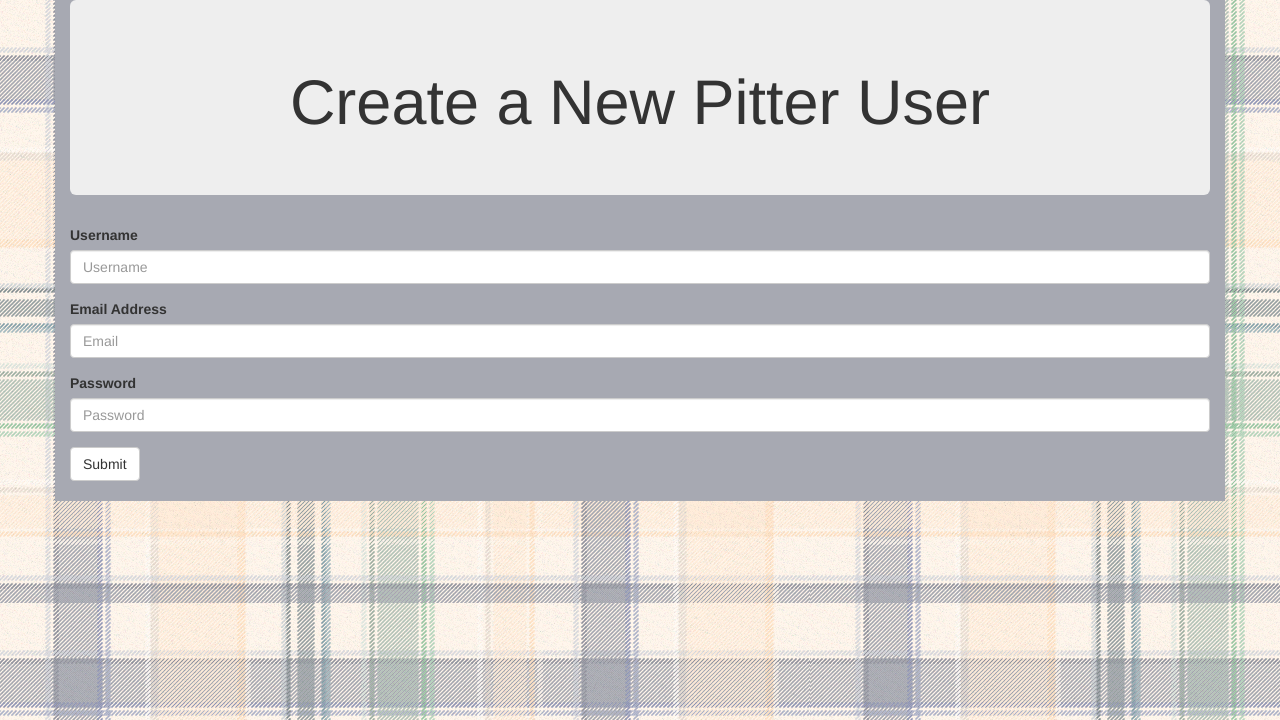
Repository: PercyODI/pitter
Page: http://localhost/adduser.php
The author's editor kept a record of every edit. The page is drawn from the files as they stood at one moment, then again after the next edit.
The browser window is 1280 px wide. The pictures show the whole page.
The page is run by PHP 8.4 with error messages shown; the project is at /var/www/html/.

Above is the page before.

### adduser.php
<?php
    session_start();
    include_once('header.php');
    include_once('functions.php');
?>
<!DOCTYPE html>
<html lang='en'>
    <head>
        <title>New Pitter User</title>
        <link rel="stylesheet" type="text/css" href="styling.css">
        <link href="css/bootstrap.css" rel="stylesheet">
    </head>
    <body>
        <div class="container" style="background-color: #A7A9B2">
            <div class='jumbotron centerfy'><h1>Create a New Pitter User</h1></div>
            <form method='post' action='adduserpost.php'>
                <div class="form-group">
                    <label for="username">Username</label>
                    <input type="text" class="form-control" id="username" placeholder="Username" >
                </div>
                <div class="form-group">
                    <label for="email">Email Address</label>
                    <input type="email" class="form-control" id="email" placeholder="Email">
                </div>
                <div class="form-group">
                    <label for="password">Password</label>
                    <input type="password" class="form-control" id="password" placeholder="Password">
                </div>
                <button type="submit" class="btn btn-default">Submit</button>
            </form>
            <br>
        </div>
    </body>
</html>

### header.php
<?php
	$SERVER = 'localhost';
	$USER = 'phutson';
	$PASS = 'nostuhP2';
	$DATABASE = 'phptesting';

	$mylink = mysqli_connect( $SERVER, $USER, $PASS, $DATABASE) or die("<h3>Sorry, could not connect to database.</h3><br/>
		Please contact your system's admin for more help\n");

	$_SESSION['link'] = $mylink;
?>

### functions.php
<?php
	// session_start();
	// $mylink = $_SESSION['link'];


	function add_post($userid, $body) {
		global $mylink;
		$body = mysqli_real_escape_string($mylink, $body);
		$sql = "insert into posts (user_id, body, stamp) values ($userid, '$body', now())";
		echo $sql;
		$result = mysqli_query($mylink, $sql);
	}

	function show_posts($userid, $limit=0) {
		global $mylink;
		$posts = array();

		$user_string = implode(',', $userid);
		$extra = " and id in ($user_string)";

		if($limit > 0) {
			$extra = "limit $limit";
		}
		else {
			$extra = '';
		}

		$sql = "select user_id, body, stamp from posts
				where user_id in ($user_string)
				order by stamp desc $extra";
		$result = mysqli_query($mylink, $sql);

		while($data = mysqli_fetch_object($result)) {
			$posts[] = array(	'stamp' => $data->stamp,
								'userid' => $data->user_id,
								'body' => $data->body
								);
		}
		return $posts;
	}

	function find_username($userid) {
		global $mylink;
		$sql = "select username from users where id='$userid'";

		$username = array();
		$result = mysqli_query($mylink, $sql);
		if($data = mysqli_fetch_array($result)) {
			return $data['username'];
		}
		else
		{
			return 'Username Not Found';
		}
	}

	function show_users($user_id=0) {
		global $mylink;
		if($user_id > 0) {
			$follow = array();
			$fsql = "select user_id from following where follower_id='$user_id'";
			$fresult = mysqli_query($mylink, $fsql);

			while($f = mysqli_fetch_object($fresult)) {
				array_push($follow, $f->user_id);
			}

			if(count($follow)) {
				$id_string = implode(',', $follow);
				$extra = " and id in ($id_string)";
			}
			else {
				return array();
			}
		}
		$users = array();
		$sql = "select id, username from users where status='active' $extra order by username";
		$result = mysqli_query($mylink, $sql);

		while ($data = mysqli_fetch_object($result)) {
			$users[$data->id] = $data->username;
		}

		return $users;
	}

	function following($userid) {
		global $mylink;
		$users = array();
		$sql = "select distinct user_id from following
				where follower_id = '$userid'";
		$result = mysqli_query($mylink, $sql);

		while($data = mysqli_fetch_object($result)) {
			array_push($users, $data->user_id);
		}

		return $users;
	}

	function check_count($first, $second) {
		global $mylink;
		$sql = "select count(*) from following
				where user_id='$second' and follower_id='$first'";
		$result = mysqli_query($mylink, $sql);

		$row = mysqli_fetch_row($result);
		return $row[0];
	}

	function follow_user($me, $them) {
		global $mylink;
		$count = check_count($me, $them);

		if($count == 0) {
			$sql = "insert into following (user_id, follower_id) values ($them, $me)";
			$result = mysqli_query($mylink, $sql);
		}
	}

	function unfollow_user($me, $them) {
		global $mylink;
		$count = check_count($me, $them);

		if($count != 0) {
			$sql = "delete from following where user_id='$them' and follower_id='$me' limit 1";
			$result = mysqli_query($mylink, $sql);
		}
	}
?>

### styling.css
.centerfy {
	margin: auto;
	text-align: center;
}

body {
	background-image: url("/images/tartan_background.png");
	/*background-color: #FFFBF6;*/
}

.vert-padding {
	margin-top: 15px;
	margin-bottom: 15px;
}

Loaded but not shown: css/bootstrap.css (library)

After the next edit:
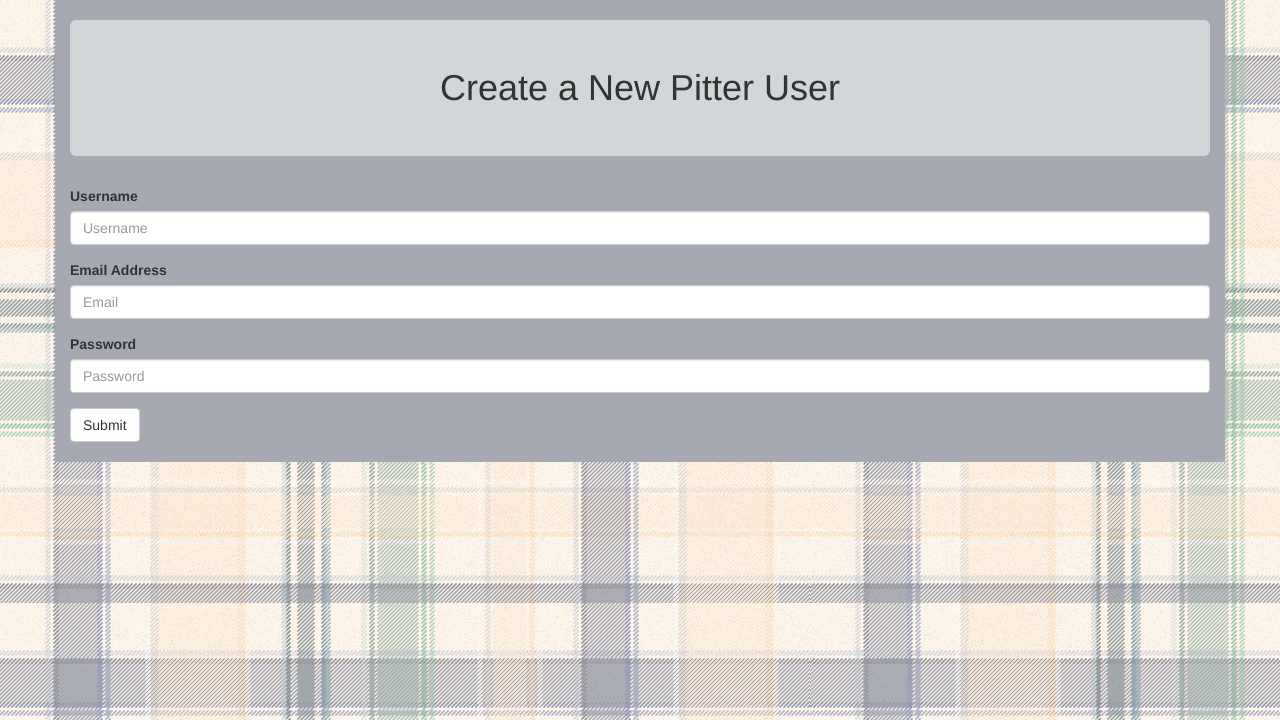
The edit:
--- a/adduser.php
+++ b/adduser.php
@@ -12,7 +12,8 @@
     </head>
     <body>
         <div class="container" style="background-color: #A7A9B2">
-            <div class='jumbotron centerfy'><h1>Create a New Pitter User</h1></div>
+            <br>
+            <h1 class="jumbotron centerfy" style='background-color: #D1D6D8'>Create a New Pitter User</h1>
             <form method='post' action='adduserpost.php'>
                 <div class="form-group">
                     <label for="username">Username</label>
